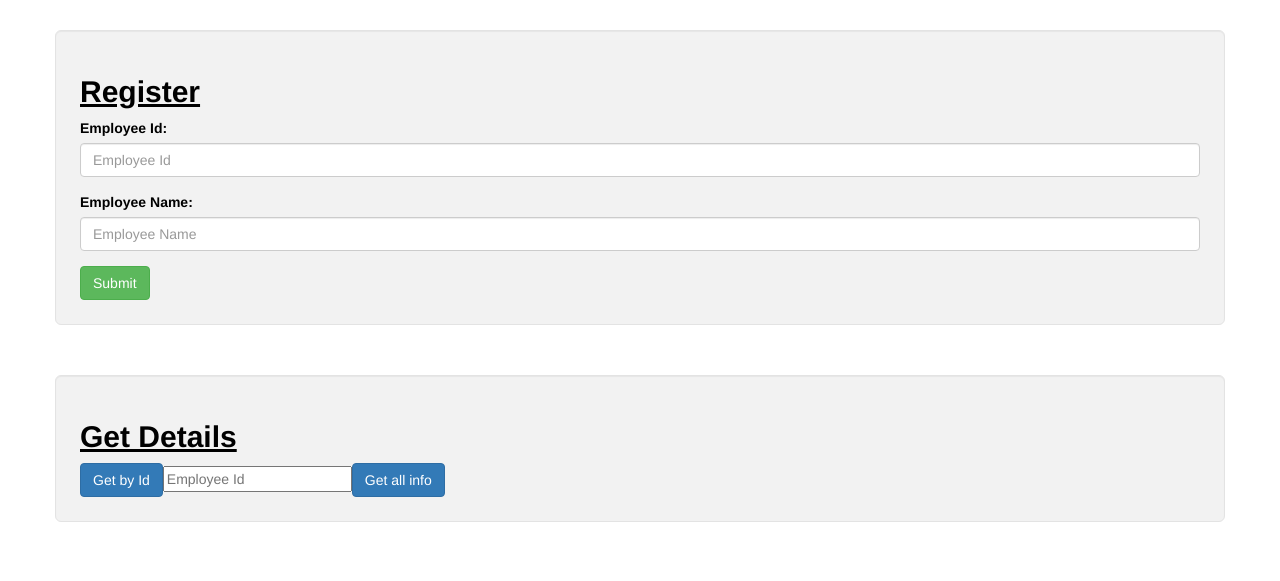
Repository: royakash07/FirstWebApplication
Page: http://localhost/SampleWebApplication/EmployeeProtal.jsp
The author's editor kept a copy of each file at every save. The page is drawn from the files as they stood at one save, then again after the next save.
The browser window is 1280 px wide. The pictures show the whole page.
Some web libraries are served in a nearby version. The page is served by Tomcat 9. Nobody is signed in. The application's start-up code is not run. Other server files are loaded and not shown.

Above is the page before, as saved 2017-11-30 05:15:17.

### SampleWebApplication/WebContent/EmployeeProtal.jsp
<%@ page language="java" contentType="text/html; charset=ISO-8859-1"
    pageEncoding="ISO-8859-1"%>
<!DOCTYPE html PUBLIC "-//W3C//DTD HTML 4.01 Transitional//EN" "http://www.w3.org/TR/html4/loose.dtd">
<html>
<head>
<meta http-equiv="Content-Type" content="text/html; charset=ISO-8859-1">
<title>Portal</title>
  <meta charset="utf-8">
  <meta name="viewport" content="width=device-width, initial-scale=1">
  <link rel="stylesheet" href="https://maxcdn.bootstrapcdn.com/bootstrap/3.3.7/css/bootstrap.min.css">
  <script src="https://ajax.googleapis.com/ajax/libs/jquery/3.2.1/jquery.min.js"></script>
  <script src="https://maxcdn.bootstrapcdn.com/bootstrap/3.3.7/js/bootstrap.min.js"></script>
<style>
.well
{
color:black;
background-color:#F2F2F2;
}

</style>
</head>
<body>
<div style="padding: 30px">
<div class="container well well-lg" >
<h2><strong><u>Register</u></strong></h2>
<form action="Submit" method="post">
<div class="form-group">
  <label for="EmployeeId">Employee Id:</label>
  <input type="text" class="form-control" name="EmployeeId" placeholder="Employee Id" >
  </div>
  <div class="form-group">
  <label for="Name">Employee Name:</label>
  <input type="text" class="form-control" name="Name" placeholder="Employee Name">
  </div>
  <input type="submit"class="btn btn-success" value="Submit">
</form>
</div>
</div>
<div class="container well well-lg">
<h2><strong><u>Get Details</u></strong></h2>
<div class="input-group">
	<button name="search"type="button" class="btn btn-primary" value="getDetailsById">Get by Id</button>
	<input type="text" placeholder="Employee Id">
	<button type="button" class="btn btn-primary" value="getAllDetails">Get all info</button>
</div>
</div>
</body>
</html>

After the next save:
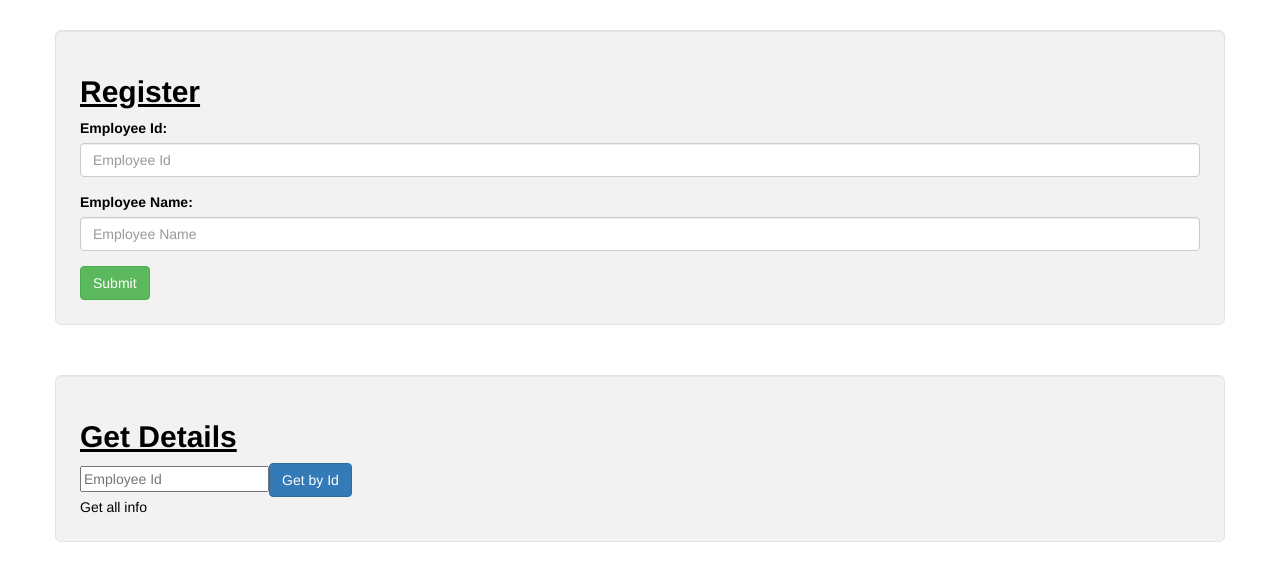
Saved 23 s later.
--- a/SampleWebApplication/WebContent/EmployeeProtal.jsp
+++ b/SampleWebApplication/WebContent/EmployeeProtal.jsp
@@ -39,8 +39,9 @@ background-color:#F2F2F2;
 <div class="container well well-lg">
 <h2><strong><u>Get Details</u></strong></h2>
 <div class="input-group">
+    <input type="text" placeholder="Employee Id">
 	<button name="search"type="button" class="btn btn-primary" value="getDetailsById">Get by Id</button>
-	<input type="text" placeholder="Employee Id">
+</div
 	<button type="button" class="btn btn-primary" value="getAllDetails">Get all info</button>
 </div>
 </div>
